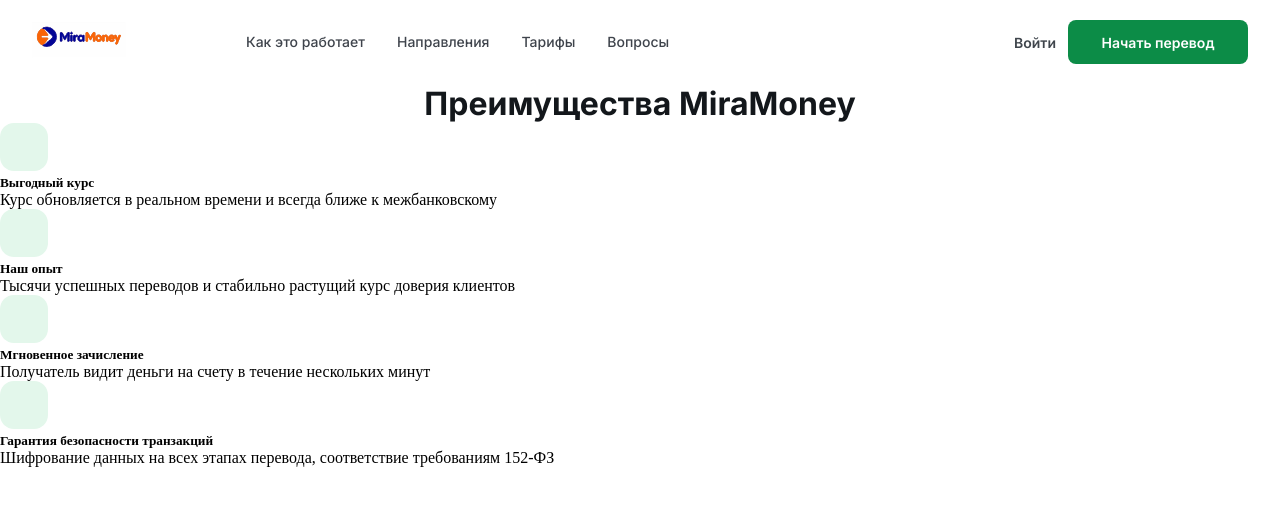
Repository: Shaiyr1/mira-money
Page: index.html
An editor plug-in stored every save of this project. The page is shown before and after the next save, followed by the edit.
The browser window is 1280 px wide. The pictures show the whole page.

Above is the page before, as saved 2026-10-20 16:28:14.

After the next save:
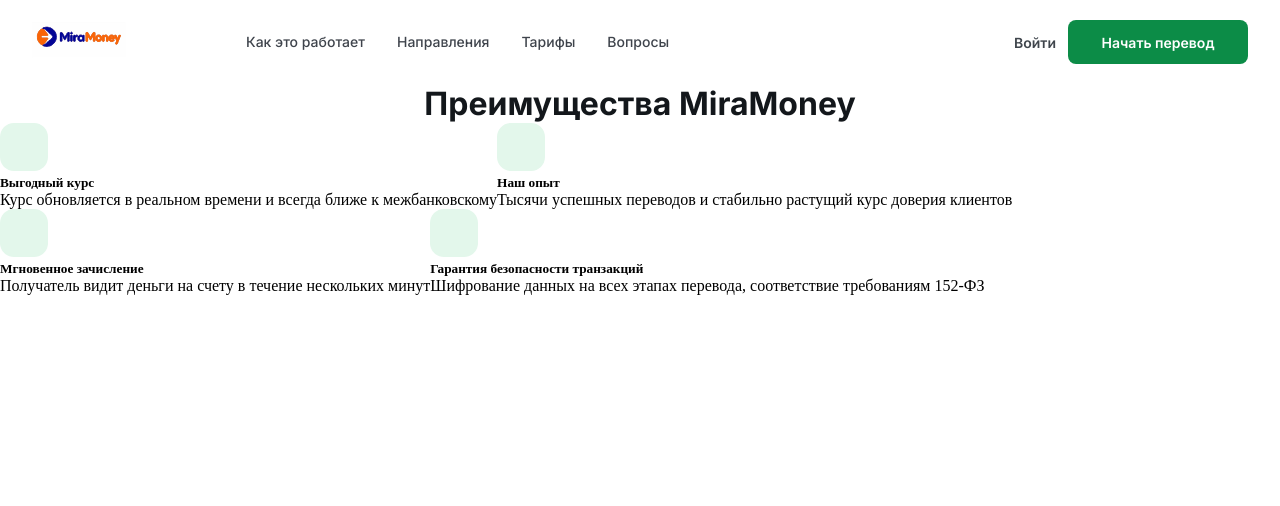
Saved 8 s later.
--- a/src/css/style.css
+++ b/src/css/style.css
@@ -105,7 +105,10 @@
     font-weight: 700;
 }
 
-.advantages-blocks {}
+.advantages-blocks {
+    display: flex;
+
+}
 
 .advantages-block {}
 
